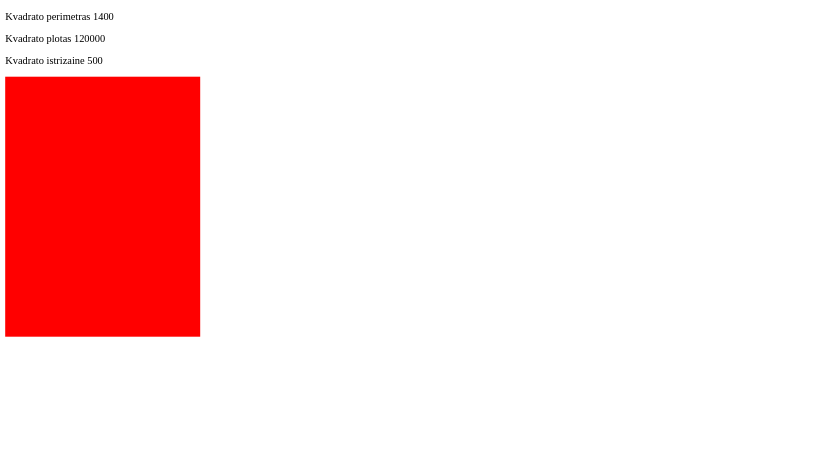
Repository: motiejus1/10-paskaita-JS
Page: index.html
The author's editor kept a copy of each file at every save. The page is drawn from the files as they stood at one save, then again after a run of saves.
The browser window is 1280 px wide. The pictures show the whole page, at 65% of full size.

Above is the page before, as saved 2021-06-22 11:34:47.

After the next 2 saves:
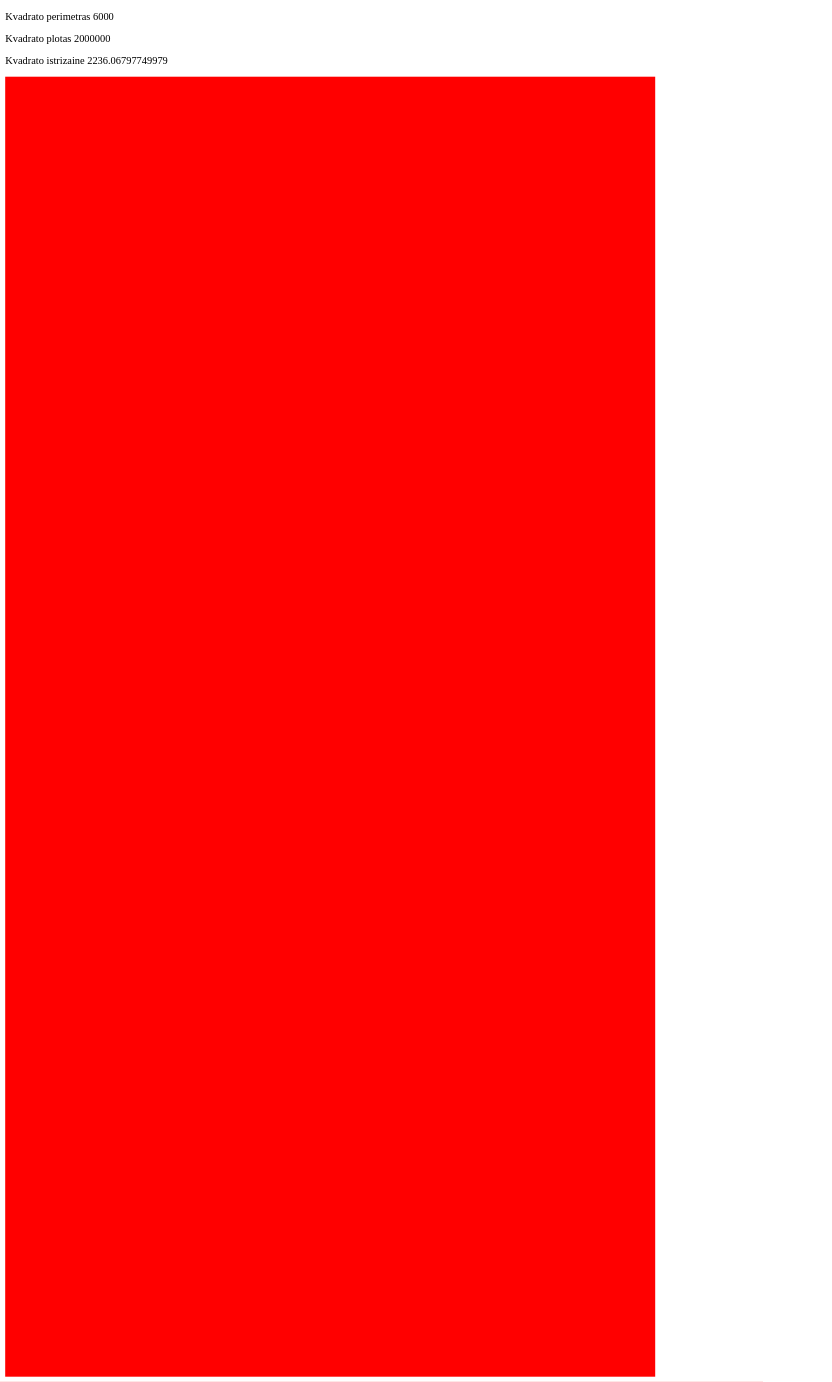
The 2 saves are shown as one change because they came seconds apart.
The last was saved 17 s later.
--- a/script1.js
+++ b/script1.js
@@ -8,8 +8,8 @@
 // Papildoma: a ir b kintamieji apibrežia kvadratą pikseliais. Pagal įvestas reikšmes į input, HTML nubraižomas kvadrato objektas.
 
 let kvadratas = {
-    a: 300,
-    b: 400,
+    a: 1000,
+    b: 2000,
 
     plotasPerimetras: function() {
 
